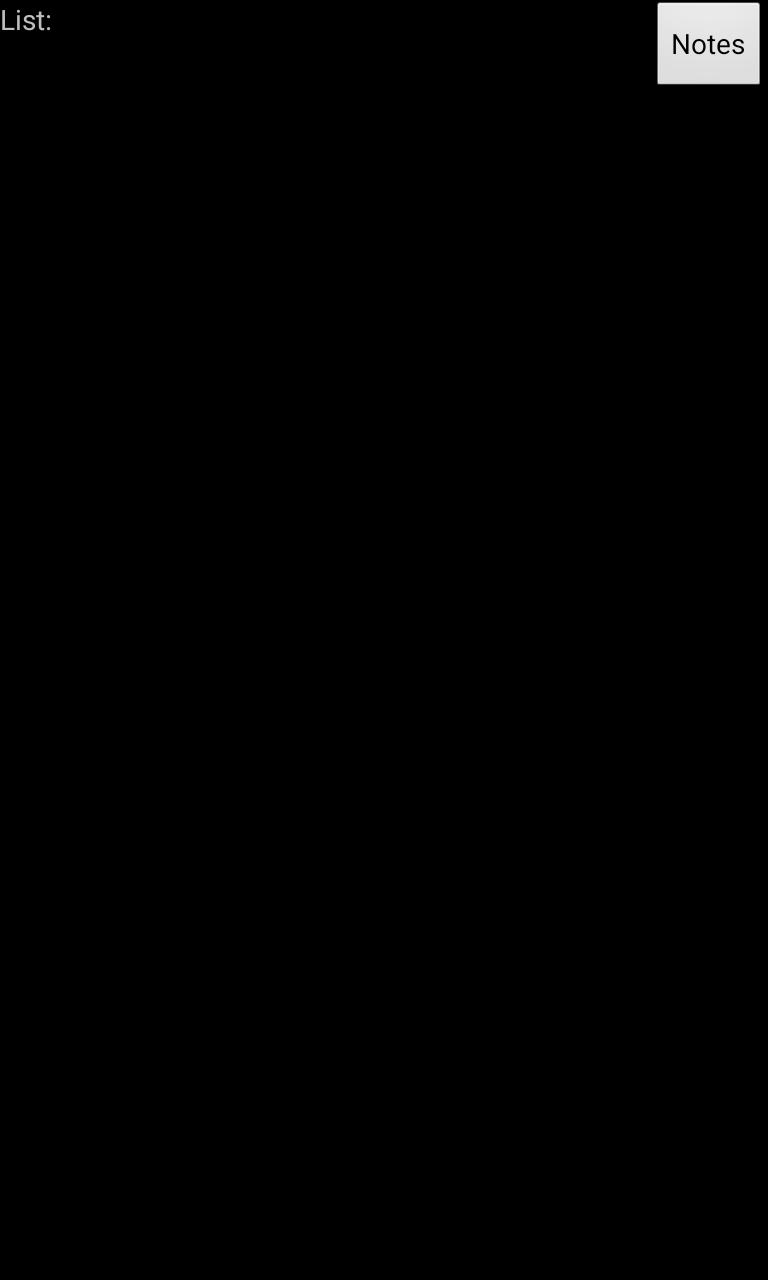
Repository: sandrapatfer/PROMPT11-10-CloudComputing.sandrapatfer
Layout: src/FinalWork/AndroidCloudNotes/AndroidCloudNotes/res/layout/tasklist_list_view_item.xml
These files come from the project's save history. The layout is drawn as it stood at one moment and after the next save; the edit follows.
It is drawn on a 768 x 1280 px phone screen (xhdpi) without system bars, with theme android:Theme; the app's code is not run.

Above is the layout before, as saved 2012-06-03 23:30:29.

### src/FinalWork/AndroidCloudNotes/AndroidCloudNotes/res/layout/tasklist_list_view_item.xml
<?xml version="1.0" encoding="utf-8"?>
<RelativeLayout xmlns:android="http://schemas.android.com/apk/res/android"
    android:layout_width="match_parent"
    android:layout_height="match_parent"
    android:orientation="horizontal" >


    <TextView
        android:layout_width="wrap_content"
        android:layout_height="wrap_content"
        android:text="@string/tasklistitem_label" />

    <TextView
        android:id="@+id/tasklistitem_name"
        android:layout_width="match_parent"
        android:layout_height="wrap_content" />

    <Button
        android:id="@+id/btn_notes"
        android:text="@string/notes_label"
        android:layout_width="wrap_content"
        android:layout_height="wrap_content"
        android:layout_alignParentRight="true"
        />

</RelativeLayout>

### src/FinalWork/AndroidCloudNotes/AndroidCloudNotes/res/values/strings.xml
<?xml version="1.0" encoding="utf-8"?>
<resources>

    <string name="hello">Hello World, AndroidCloudNotesActivity!</string>
    <string name="app_name">Prompt Cloud Notes for Android</string>
    <string name="tasklistitem_label">"List: "</string>
    <string name="tasklists_title">Lists of Notes</string>
    <string name="tasklist_title">List of Notes</string>
    <string name="tasklist_createnew_label">Add List</string>
    <string name="name_label">Name:</string>
    <string name="description_label">Description:</string>
    <string name="save_label">Save</string>
    <string name="notes_label">Notes</string>


</resources>

### src/FinalWork/AndroidCloudNotes/AndroidCloudNotes/res/drawable/listitem_border.xml
<?xml version="1.0" encoding="utf-8"?>
<shape xmlns:android="http://schemas.android.com/apk/res/android" >
    <stroke android:width="4dp" android:color="#FF00FF00"/>

</shape>

After the next save:
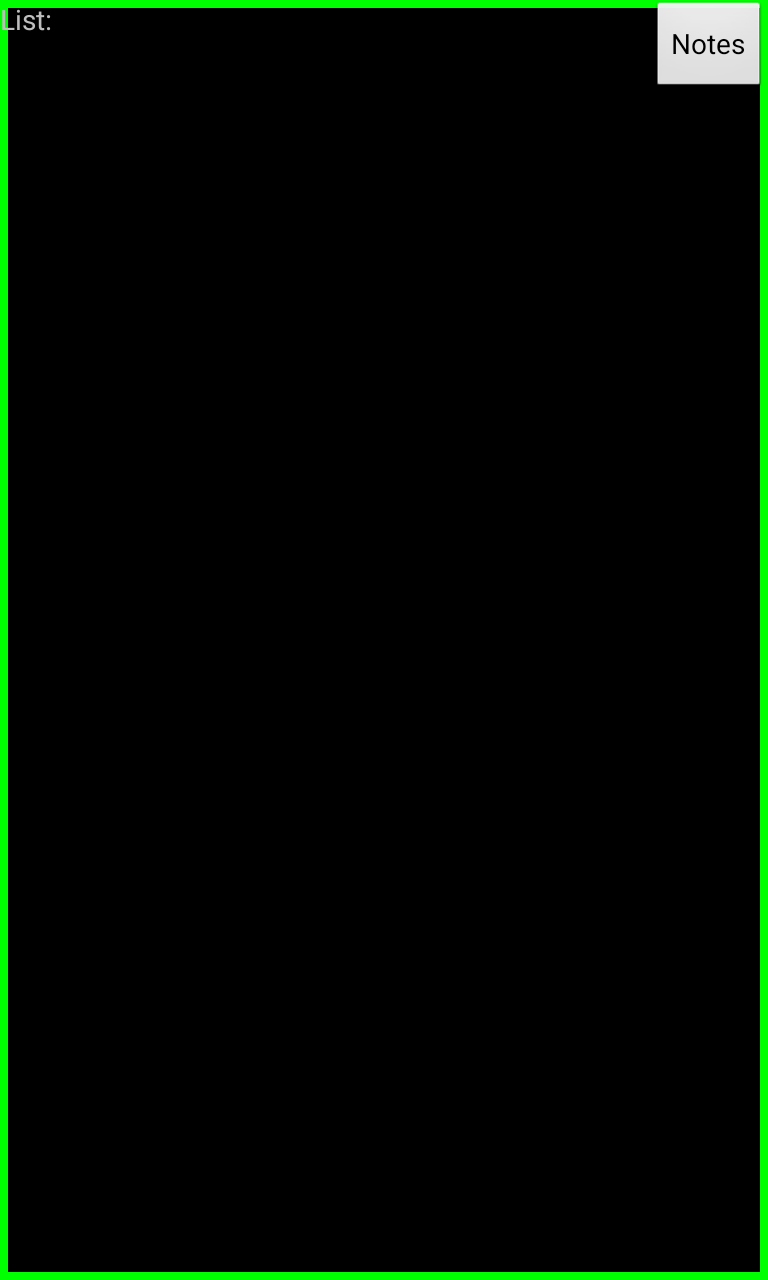
Saved 40 s later.
--- a/src/FinalWork/AndroidCloudNotes/AndroidCloudNotes/res/layout/tasklist_list_view_item.xml
+++ b/src/FinalWork/AndroidCloudNotes/AndroidCloudNotes/res/layout/tasklist_list_view_item.xml
@@ -2,7 +2,9 @@
 <RelativeLayout xmlns:android="http://schemas.android.com/apk/res/android"
     android:layout_width="match_parent"
     android:layout_height="match_parent"
-    android:orientation="horizontal" >
+    android:orientation="horizontal"
+    android:background="@drawable/listitem_border"
+     >
 
 
     <TextView
